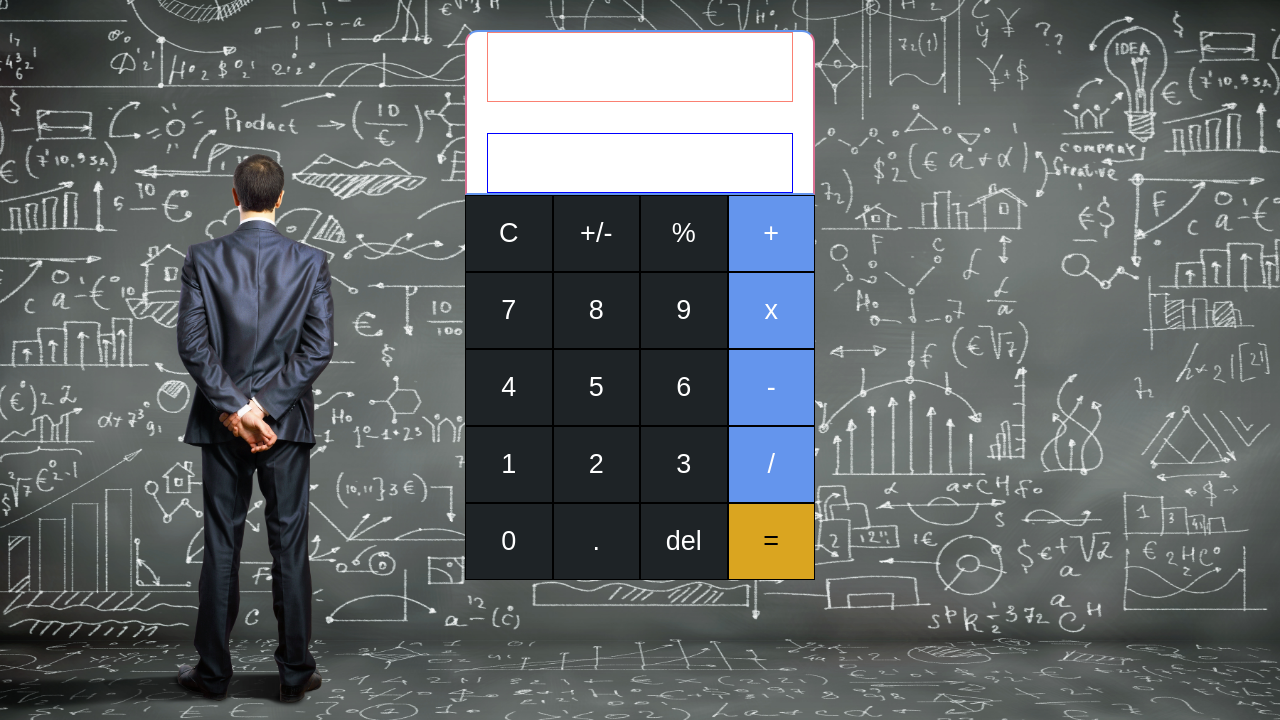
Repository: OfirLana/Calculator
Page: index.html
An editor plug-in stored every save of this project. The page is shown before and after a run of saves, followed by the edit.
The browser window is 1280 px wide. The pictures show the whole page.

Above is the page before, as saved 2019-03-16 20:12:09.

After the next 3 saves:
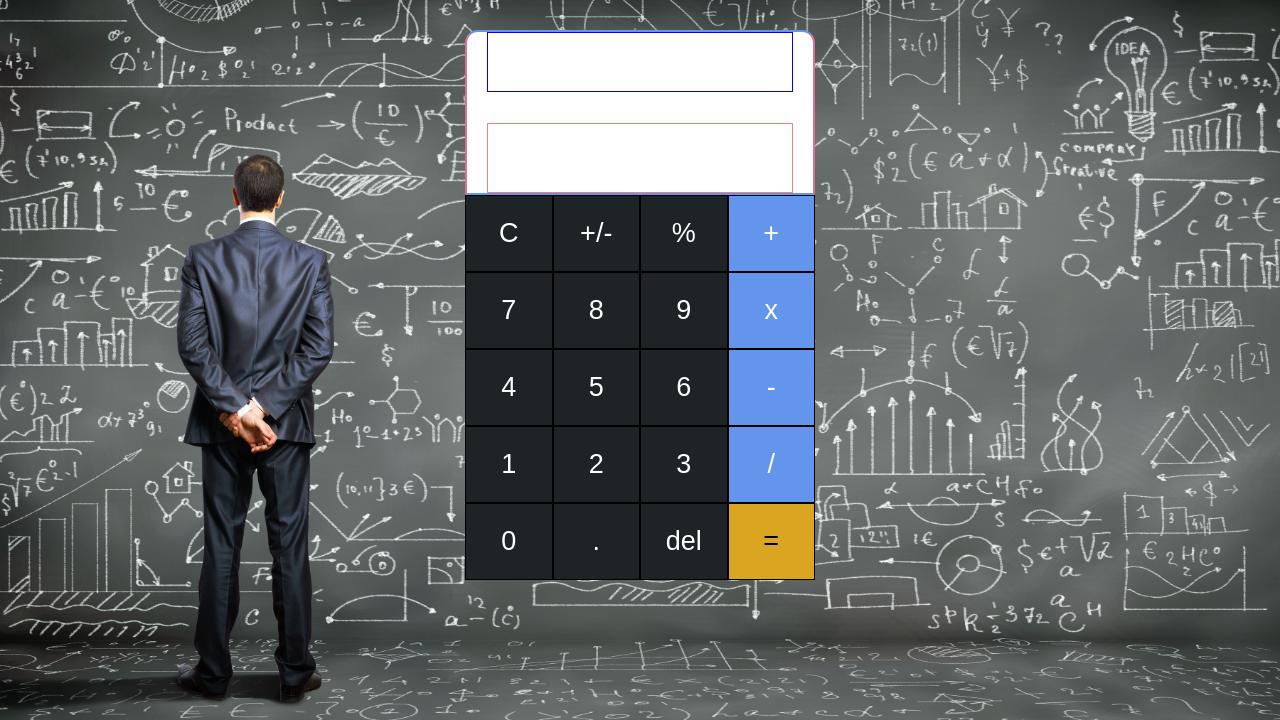
The 3 saves are shown as one change because they came seconds apart.
The last was saved 10 s later.
--- a/index.html
+++ b/index.html
@@ -13,8 +13,8 @@
 <body>
     <div class="calculator">
         <div class="output_box">
-            <div class="sub_output" ></div>
-            <div class="main_output"></div>
+            <div class="main_output" ></div>
+            <div class="sub_output"></div>
         </div>
 
 
